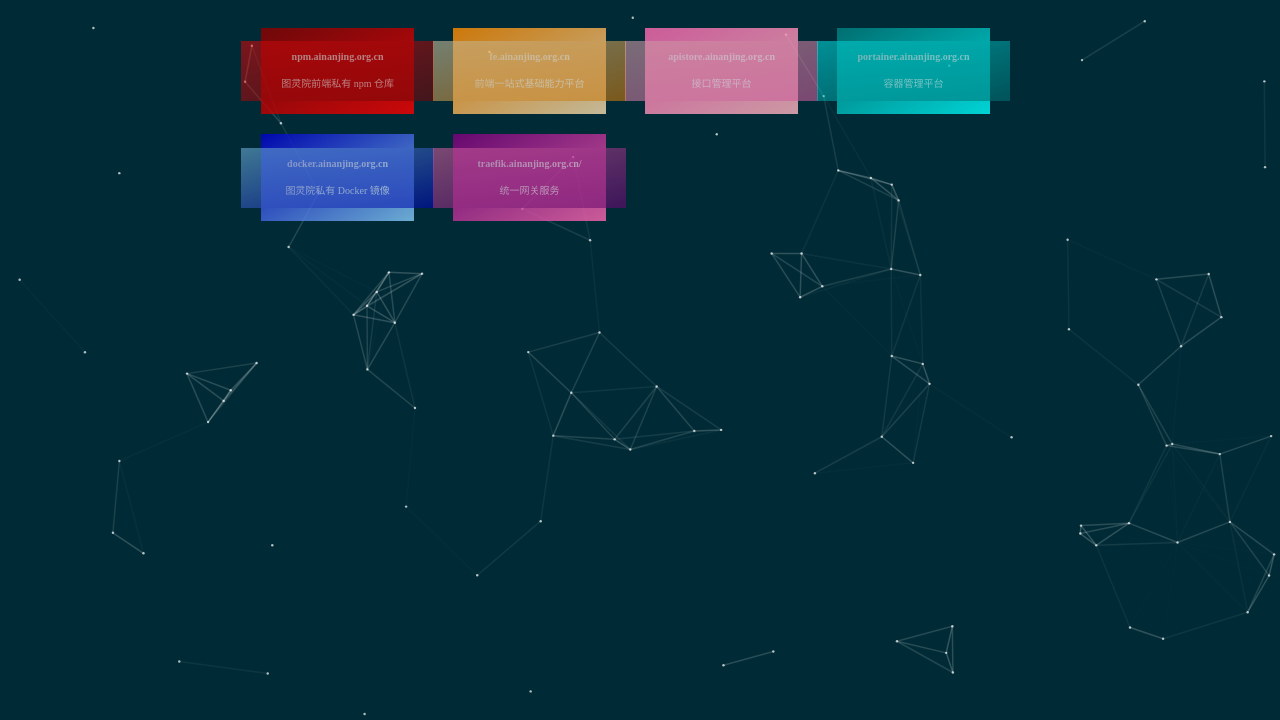
Repository: heweiwei1/portainer
Page: index.html
An editor plug-in stored every save of this project. The page is shown before and after the next save, followed by the edit.
The browser window is 1280 px wide. The pictures show the whole page.

Above is the page before, as saved 2021-04-14 13:53:54.

After the next save:
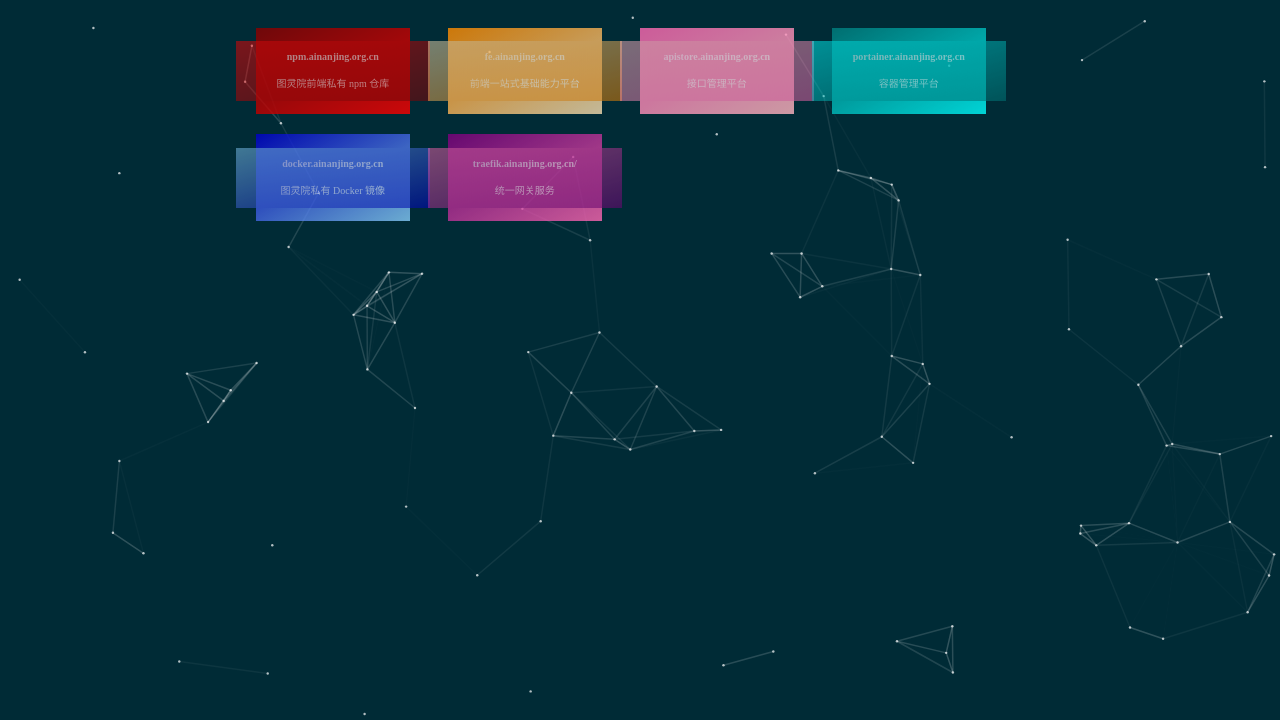
Saved 9 s later.
--- a/index.css
+++ b/index.css
@@ -3,7 +3,7 @@ a {
   color: #000;
 }
 .demo {
-  width: 60%;
+  width: 60vw;
   margin: auto;
   display: flex;
   flex-flow: row wrap;
